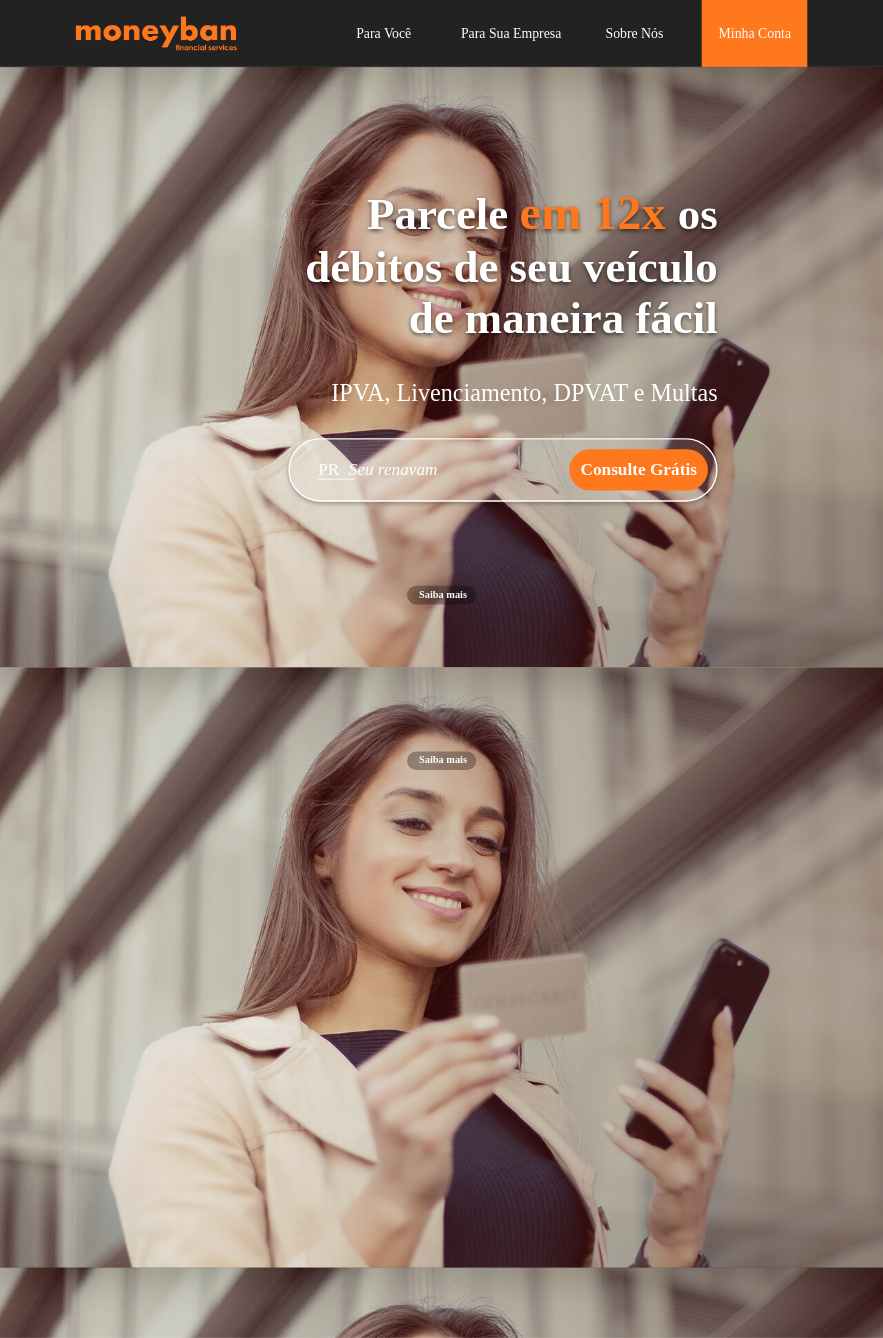
Repository: IvanCardoso91/moneyban
Page: index.html
The author's editor kept a copy of each file at every save. The page is drawn from the files as they stood at one save, then again after the next save.
The browser window is 1280 px wide. The pictures show the whole page, at 69% of full size.
Some icons come from a web library that is not loaded, so they are not drawn. Some web fonts or font styles are not loaded; a fallback is used.

Above is the page before, as saved 2020-12-17 14:53:46.

After the next save:
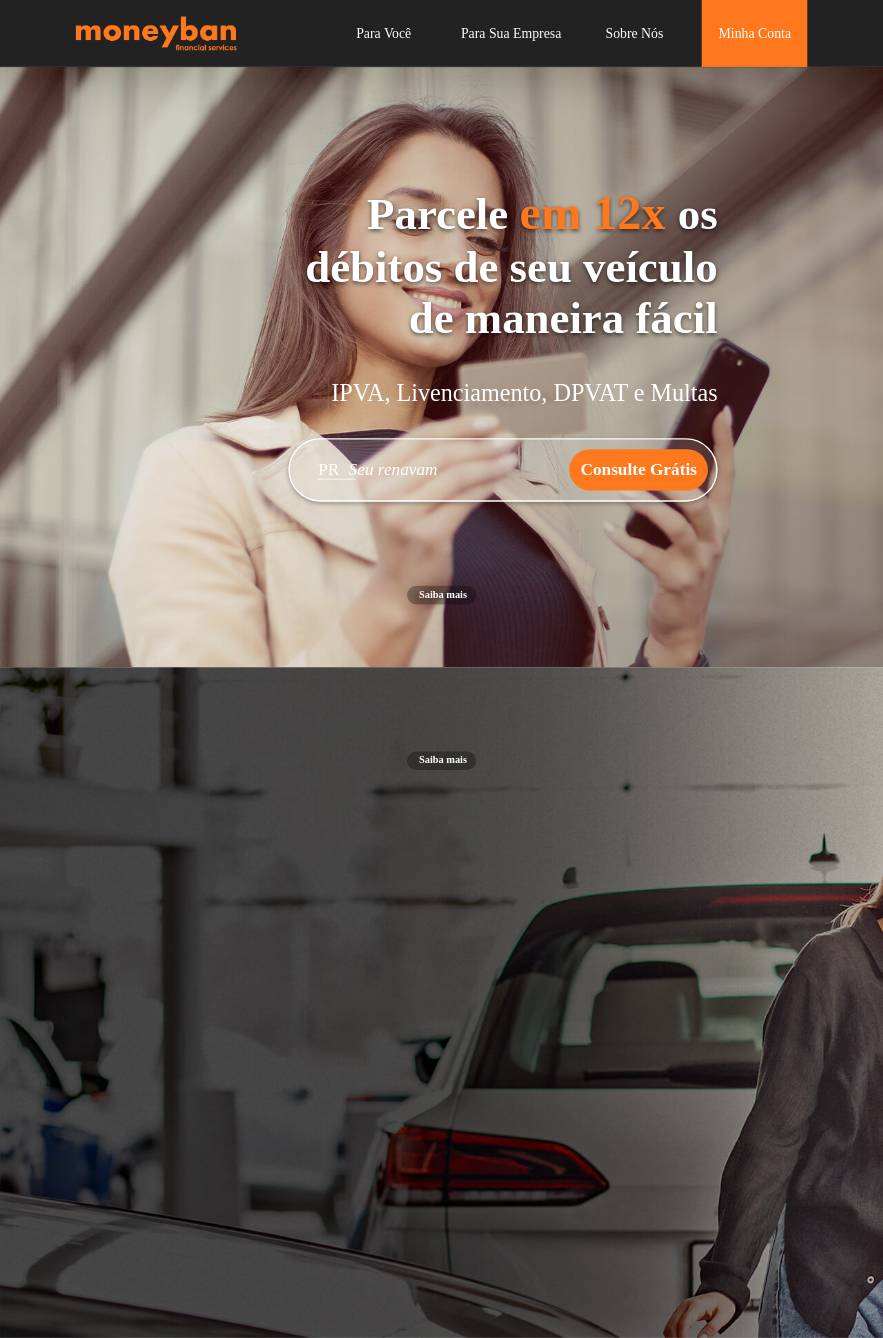
Saved 69 s later.
--- a/style/main-style.css
+++ b/style/main-style.css
@@ -275,5 +275,5 @@ select::-ms-expand {
     flex-direction: column;
     align-items: flex-end;
     height: 972px;
-    background-image: url('/Repositorios/site-moneyban/assets/img/bg-home-parcelar-documentos-carro-moto.jpg');
-}
+    background-image: url('/Repositorios/site-moneyban/assets/img/bg-como-funciona-parcelar-documentos-carro-moto.jpg');
+}
